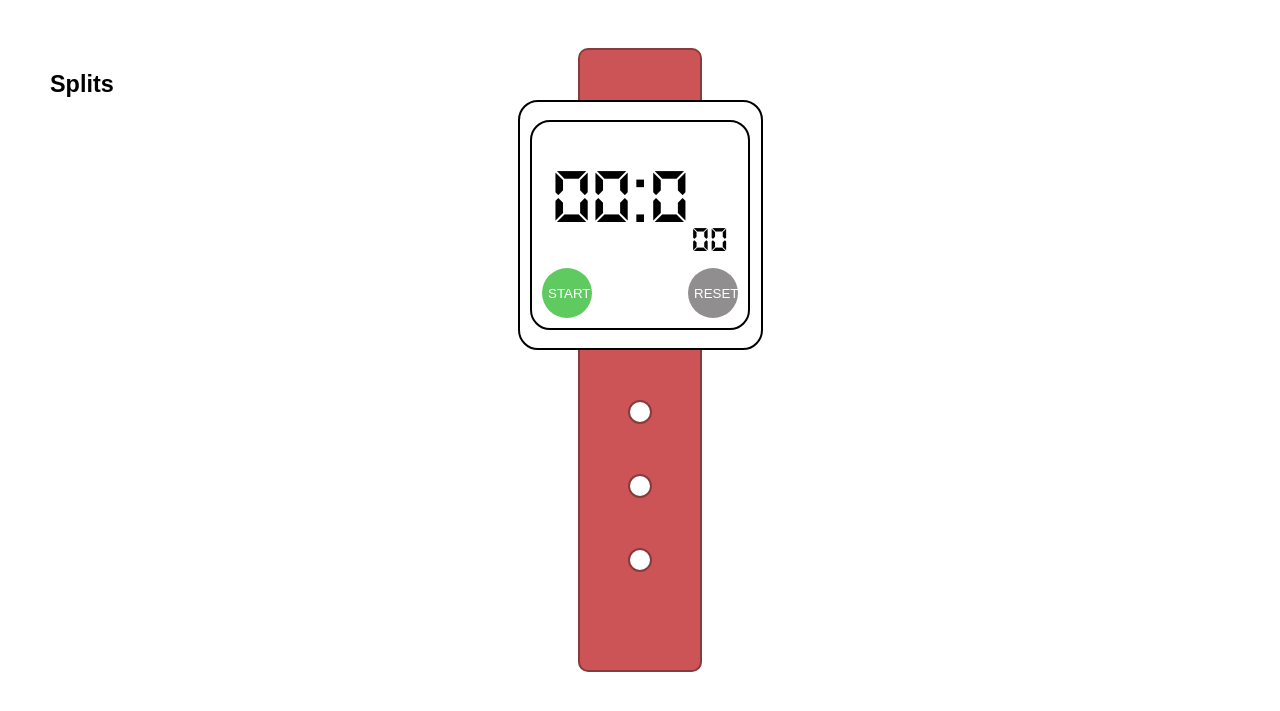
Repository: konstantin0s/lab-chronometer
Page: index.html
An editor plug-in stored every save of this project. The page is shown before and after the next save, followed by the edit.
The browser window is 1280 px wide. The pictures show the whole page.

Above is the page before, as saved 2019-02-04 20:16:18.

After the next save:
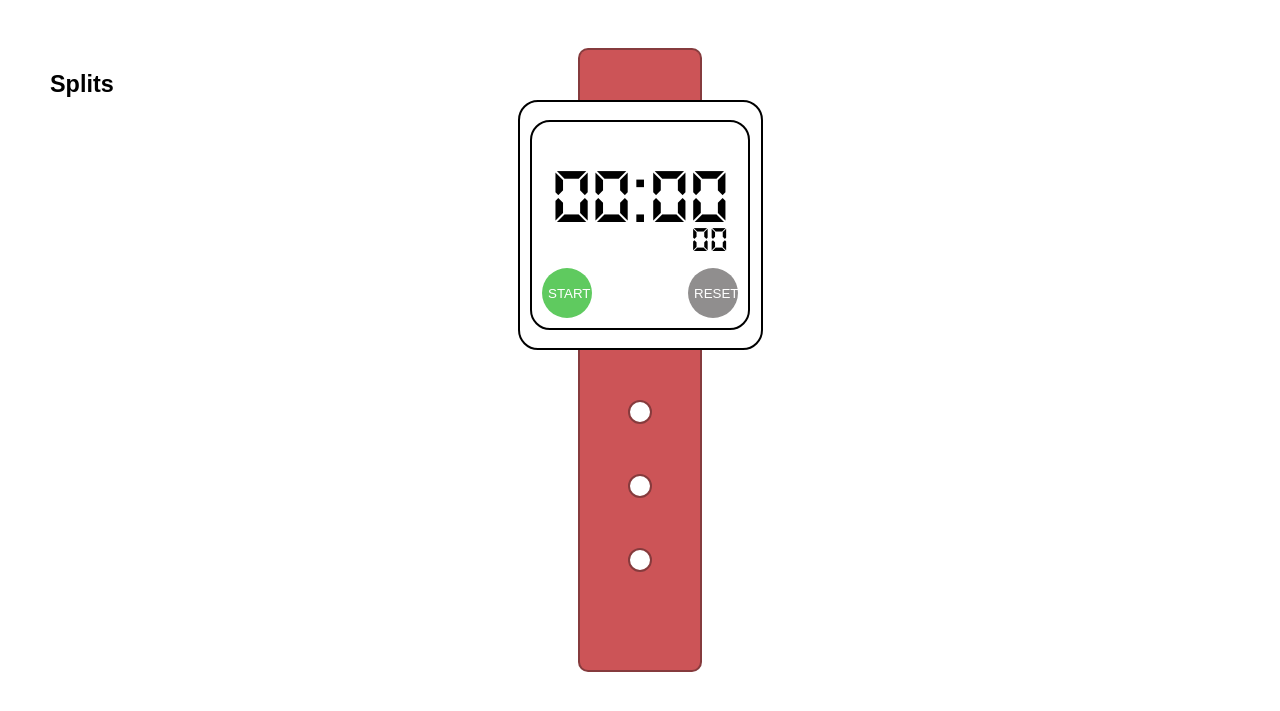
Saved 64 s later.
--- a/index.html
+++ b/index.html
@@ -19,7 +19,7 @@
 
   <section id="clock">
     <div id="sphere">
-      <span id="minDec" class="number">0</span><span id="minUni" class="number">0</span><span>:</span><span id="secDec" class="number">0</span><span id="secUni" class="number"></span>
+      <span id="minDec" class="number">0</span><span id="minUni" class="number">0</span><span>:</span><span id="secDec" class="number">0</span><span id="secUni" class="number">0</span>
 
       <div id="milliseconds">
         <span id="milDec">0</span><span id="milUni">0</span>
